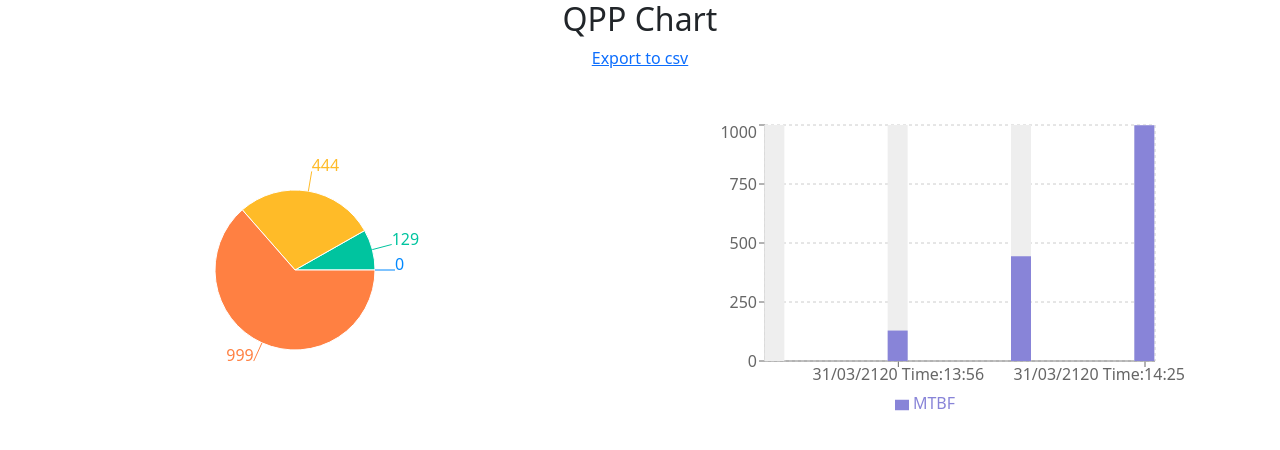
Repository: exiled-kal/ReactChartPrac
Page: /
An editor plug-in stored every save of this project. The page is shown before and after a run of saves, followed by the edit.
The browser window is 1280 px wide. The pictures show the whole page.
The project was rebuilt for these pictures with package versions that can differ from the ones it lists, and the page was loaded fresh each time.

Above is the page before, as saved 2021-04-18 15:44:01.

### src/App.js
import './App.css';
import {CSVLink} from 'react-csv';

import {
  PieChart,
  Pie,
  Tooltip,
  BarChart,
  Bar,
  XAxis,
  YAxis,
  CartesianGrid,
  Legend,
  Cell,
} from 'recharts';

const data = [
  {
    StartDateTime: '31/03/2120 Time:09:24',
    SystemUpTime: 6,
    OperationTime: 0,
    DownTime: 0,
    IdleTime: 0,
    MTBF: 0,
    MTBA: 0,
    TotalQuantityIn: 0,
    TotalQuantityOut: 0,
    TotalPassed: 0,
    TotalFailed: 0,
    TotalYield: 0,
    SoftJam: 0,
    HardJam: 0,
    SprintUPH: 514,
  },
  {
    LotID: 'QPP_Test',
    ProductType: 'RB',
    StartDateTime: '31/03/2120 Time:13:56',
    SystemUpTime: 499,
    OperationTime: 129,
    DownTime: 0,
    IdleTime: 364,
    MTBF: 129,
    MTBA: 129,
    TotalQuantityIn: 33,
    TotalQuantityOut: 12,
    TotalPassed: 2,
    TotalFailed: 10,
    TotalYield: 16,
    SoftJam: 0,
    HardJam: 0,
    SprintUPH: 514,
  },
  {
    LotID: 'QPP_Test',
    ProductType: 'RB',
    StartDateTime: '31/03/2120 Time:14:10',
    SystemUpTime: 1481,
    OperationTime: 444,
    DownTime: 0,
    IdleTime: 1028,
    MTBF: 444,
    MTBA: 444,
    TotalQuantityIn: 33,
    TotalQuantityOut: 28,
    TotalPassed: 4,
    TotalFailed: 24,
    TotalYield: 14,
    SoftJam: 0,
    HardJam: 0,
    SprintUPH: 514,
  },
  {
    LotID: 'QPP_Test',
    ProductType: 'RB',
    StartDateTime: '31/03/2120 Time:14:25',
    SystemUpTime: 2680,
    OperationTime: 999,
    DownTime: 0,
    IdleTime: 1581,
    MTBF: 999,
    MTBA: 999,
    TotalQuantityIn: 33,
    TotalQuantityOut: 170,
    TotalPassed: 61,
    TotalFailed: 109,
    TotalYield: 35,
    SoftJam: 0,
    HardJam: 0,
    SprintUPH: 514,
  },
];
const COLORS = ['#0088FE', '#00C49F', '#FFBB28', '#FF8042', '#ff0000'];

const csvReport = {
  filename: './data/data.csv',
  data: data,
};

function App() {
  return (
    <div style={{textAlign: 'center'}}>
      <h2>QPP Chart</h2>
      <CSVLink {...csvReport}>Export to csv</CSVLink>
      <br />
      <div className="App">
        <PieChart width={400} height={400}>
          <Pie
            dataKey="MTBF"
            isAnimationActive={true}
            data={data}
            cx="50%"
            cy="50%"
            outerRadius={80}
            fill="#8884d8"
            label
          >
            {data.map((entry, index) => (
              <Cell
                key={`cell-${index}`}
                fill={COLORS[index % COLORS.length]}
              />
            ))}
          </Pie>
          <Tooltip />
        </PieChart>
        <BarChart
          width={500}
          height={300}
          data={data}
          margin={{
            top: 5,
            right: 30,
            left: 20,
            bottom: 5,
          }}
          barSize={20}
        >
          <XAxis
            dataKey="StartDateTime"
            scale="point"
            padding={{left: 10, right: 10}}
          />
          Start Date Time
          <YAxis />
          <Tooltip />
          <Legend />
          <CartesianGrid strokeDasharray="3 3" />
          <Bar dataKey="MTBF" fill="#8884d8" background={{fill: '#eee'}} />
        </BarChart>
      </div>
    </div>
  );
}

export default App;

### src/App.css
.App {
  text-align: center;
  display: flex;
  justify-content: space-around;
  align-items: center;
}

Loaded but not shown: public/index.html (common file); src/index.js (common file); src/index.css (common file); src/reportWebVitals.js (common file)

After the next 2 saves:
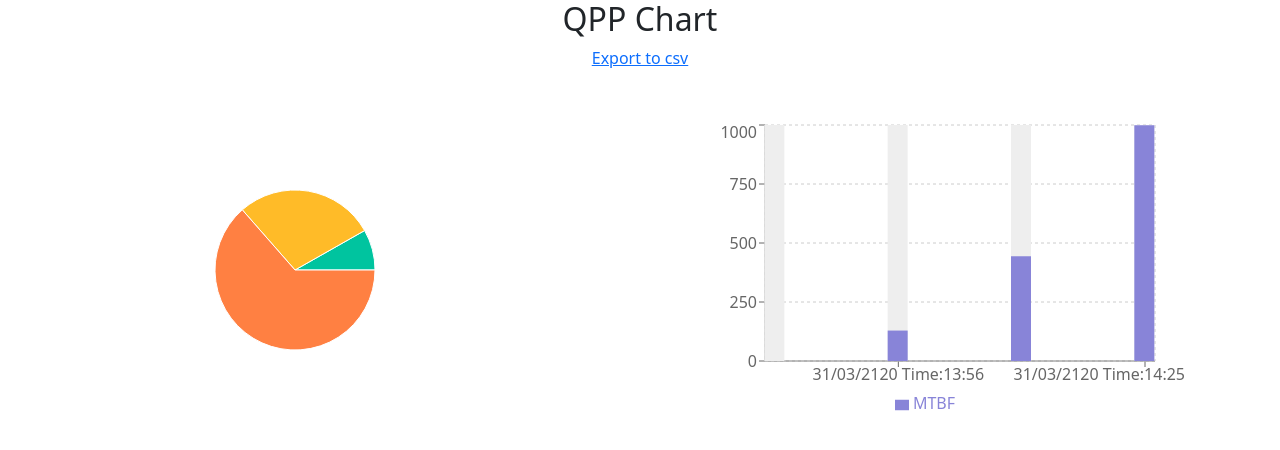
The 2 saves are shown as one change because 1 did not build or start.
The last was saved 17 s later.
--- a/src/App.js
+++ b/src/App.js
@@ -113,7 +113,7 @@
             cy="50%"
             outerRadius={80}
             fill="#8884d8"
-            label
+            label=""
           >
             {data.map((entry, index) => (
               <Cell

After the save that followed:
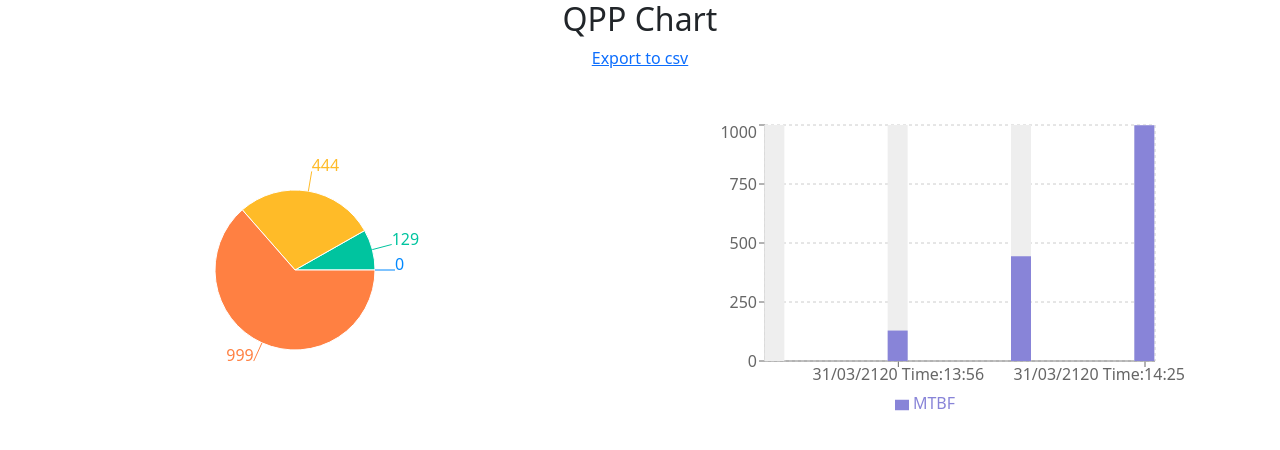
Saved 5 s later.
--- a/src/App.js
+++ b/src/App.js
@@ -113,7 +113,7 @@
             cy="50%"
             outerRadius={80}
             fill="#8884d8"
-            label=""
+            label="Start Date Time"
           >
             {data.map((entry, index) => (
               <Cell
